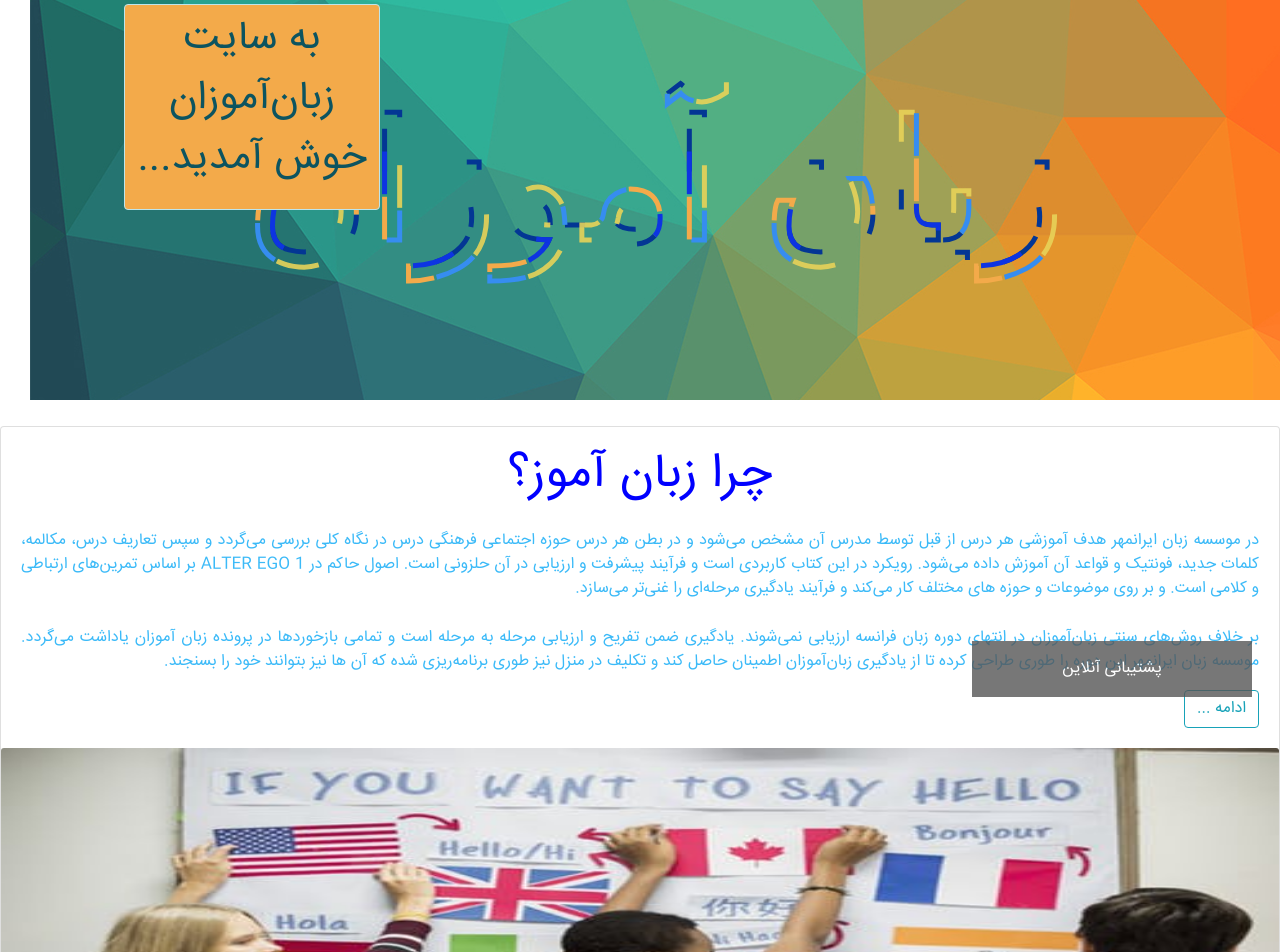
Repository: nikmahla/ZabanAmozan
Page: LanguageWebSite.html
These files come from the project's save history. The page is drawn as it stood at one moment and after the next save; the edit follows.
The browser window is 1280 px wide. The pictures show the part of the page from y = 0 to 952 px (the page is 3961 px tall).
A picture or video elsewhere on the page could not be fetched, so the positions and the page height are approximate.

Above is the page before, as saved 2019-10-11 22:36:17.

After the next save:
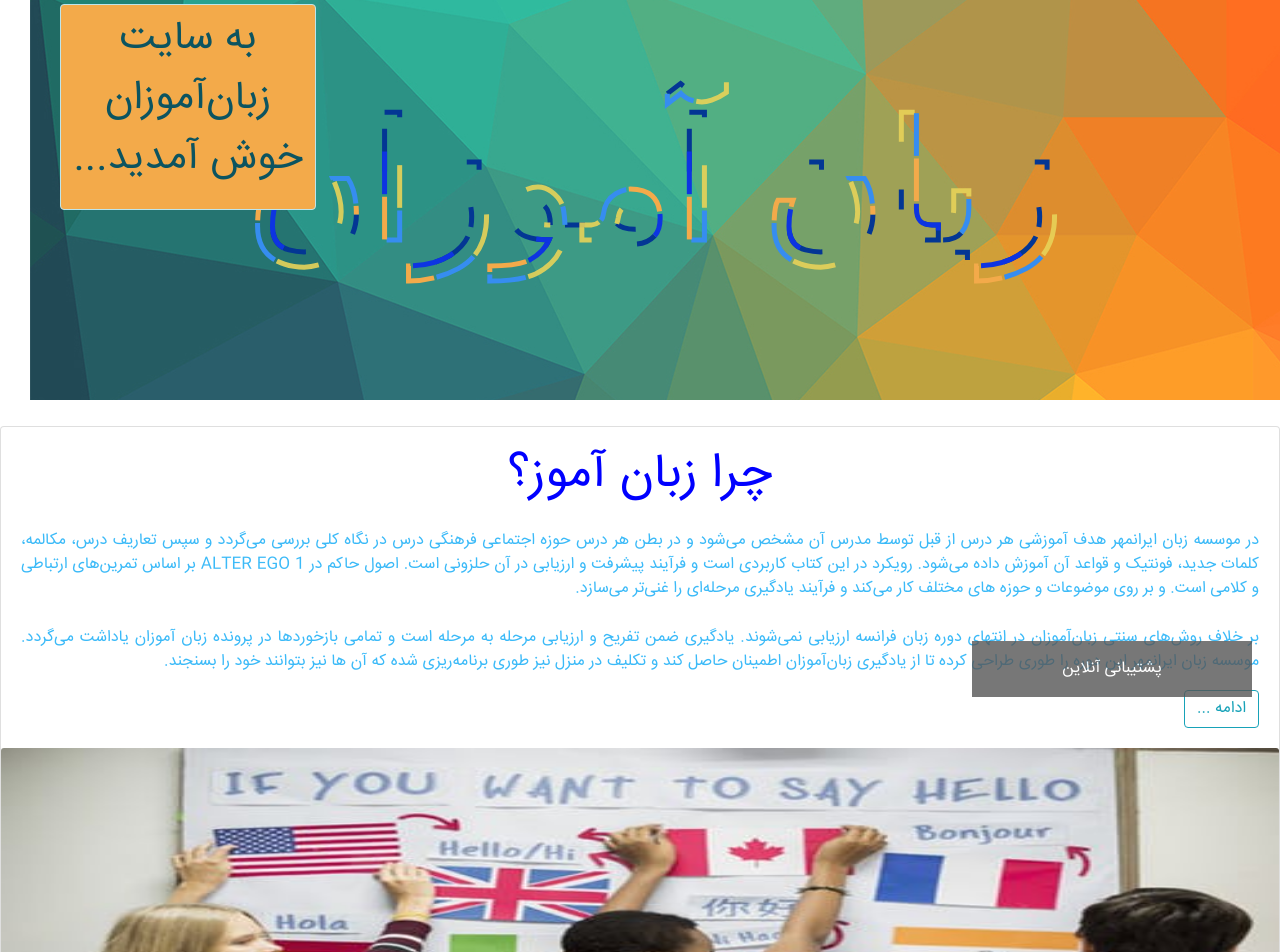
Saved 10 s later.
--- a/LanguageWebSite.html
+++ b/LanguageWebSite.html
@@ -304,7 +304,7 @@
                 $('#alert').slideDown('slow');
 
                 var alert = $('#alert');
-                alert.animate({ right: '70%' }, "2000");
+                alert.animate({ right: '75%' }, "2000");
                 alert.animate({ fontSize: '2.5em'  }, "1000");
             }, 1500);
         })
